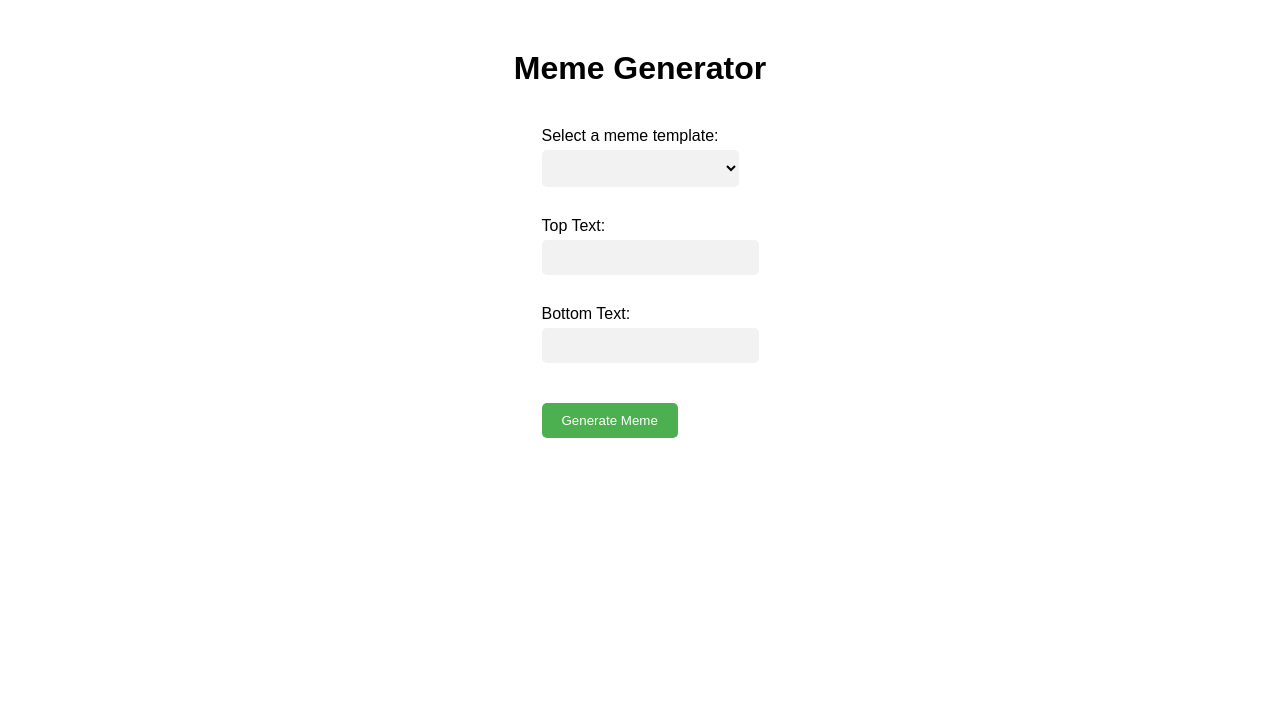
Repository: lvcg/memegenerator
Page: index.html
The author's editor kept a copy of each file at every save. The page is drawn from the files as they stood at one save, then again after a run of saves.
The browser window is 1280 px wide. The pictures show the whole page.
The page's requests for data from a server got no answer.

Above is the page before, as saved 2023-02-28 23:59:07.

After the next 2 saves:
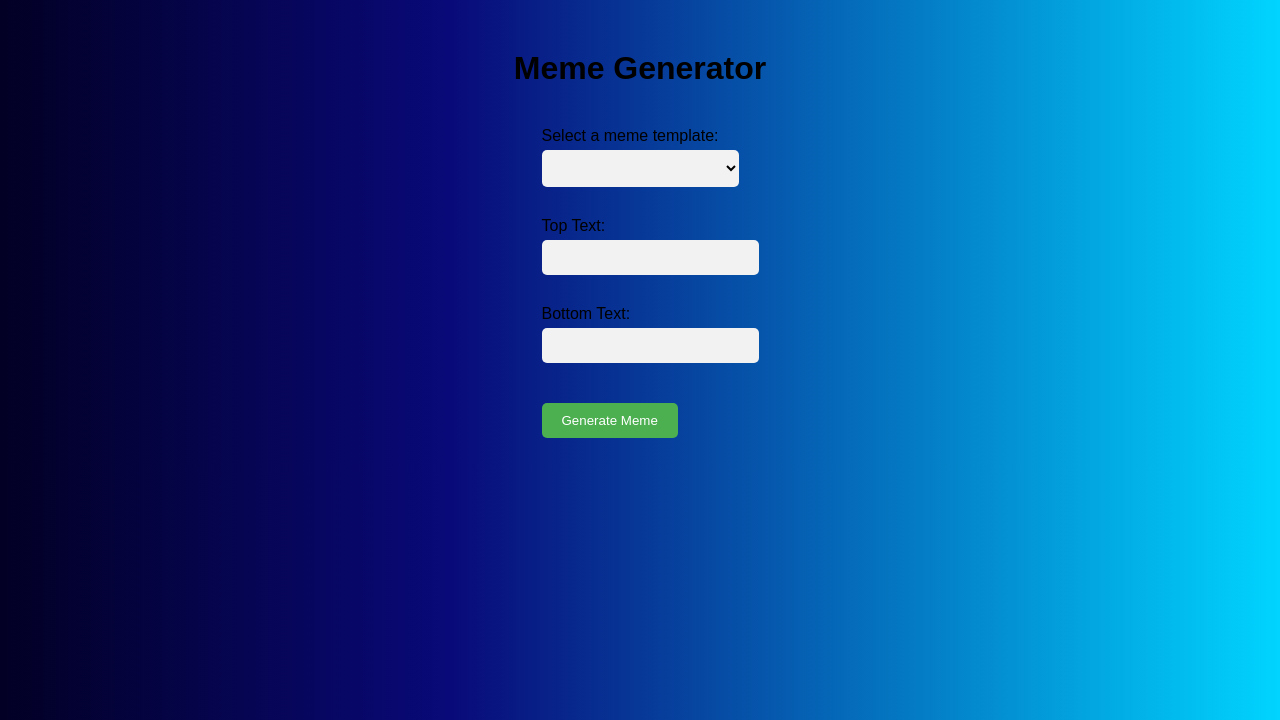
The 2 saves are shown as one change because they came seconds apart.
The last was saved 16 min 29 s later.
--- a/style.css
+++ b/style.css
@@ -1,4 +1,6 @@
 body {
+    background: rgb(2,0,36);
+  background: linear-gradient(90deg, rgba(2,0,36,1) 0%, rgba(9,9,121,1) 35%, rgba(0,212,255,1) 100%);
 	font-family: Arial, sans-serif;
 	text-align: center;
 }
